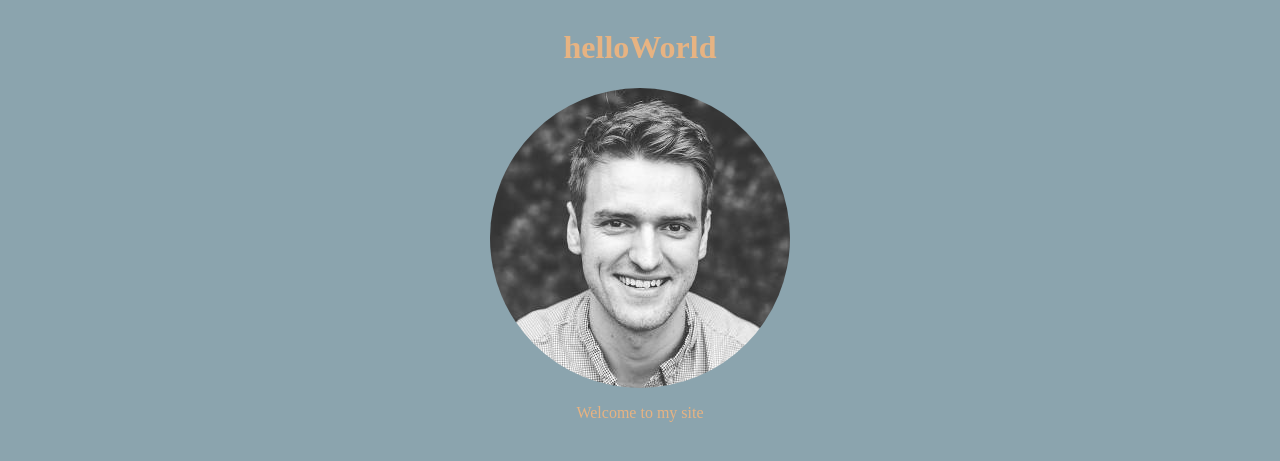
Repository: milespossing/Personal-Page
Page: index.html
These files come from the project's save history. The page is drawn as it stood at one moment and after the next save; the edit follows.
The browser window is 1280 px wide. The pictures show the whole page.

Above is the page before, as saved 2019-09-19 21:14:23.

### index.html
<head>
    <link rel="stylesheet" type="text/css" href="Styles/style.css"/>
</head>
<body>
    <div class="Site-Header">
        <h1>helloWorld</h1>
        <div>
            <img src="Images/simple-headshot.jpeg" class="Display-Picture"/>
        </div>
    </div>
    <p>Welcome to my site</p>
</body>

### Styles/style.css
body {
    display: flex;
    flex-direction: column;
    align-content: center;
    align-items: center;
    background: #8ba4ae;
    color: #e7b382;
}

.site-header {
    display: flex;
    flex-direction: column;
    align-items: center;
    justify-items: right;
}

.display-picture {
    border-radius: 50%;
}

After the next save:
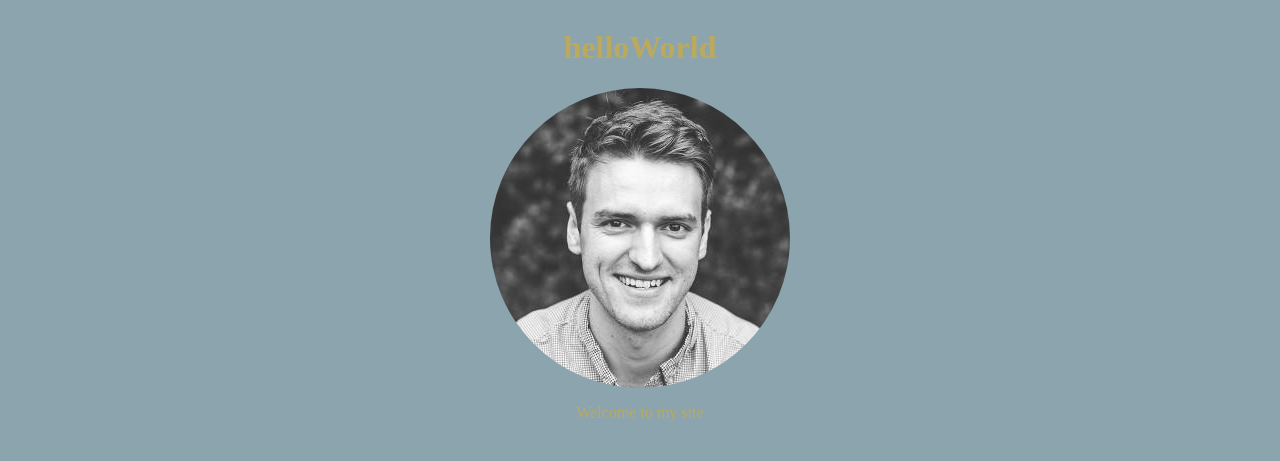
Saved 30 s later.
--- a/Styles/style.css
+++ b/Styles/style.css
@@ -4,7 +4,7 @@ body {
     align-content: center;
     align-items: center;
     background: #8ba4ae;
-    color: #e7b382;
+    color: #bbaa5e;
 }
 
 .site-header {
